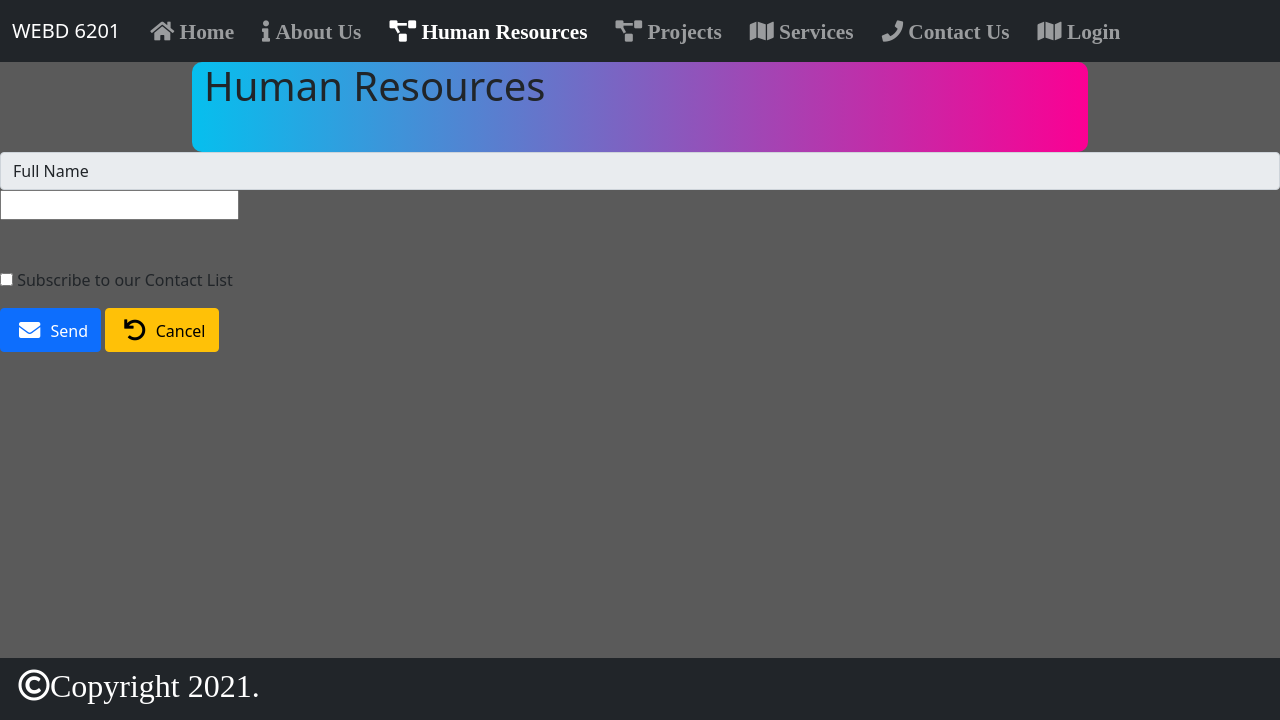
Repository: vans12345678/WEBD6201-W2021-Lab2
Page: human-resources.html
The author's editor kept a copy of each file at every save. The page is drawn from the files as they stood at one save, then again after the next save.
The browser window is 1280 px wide. The pictures show the whole page.

Above is the page before, as saved 2021-03-06 18:48:03.

After the next save:
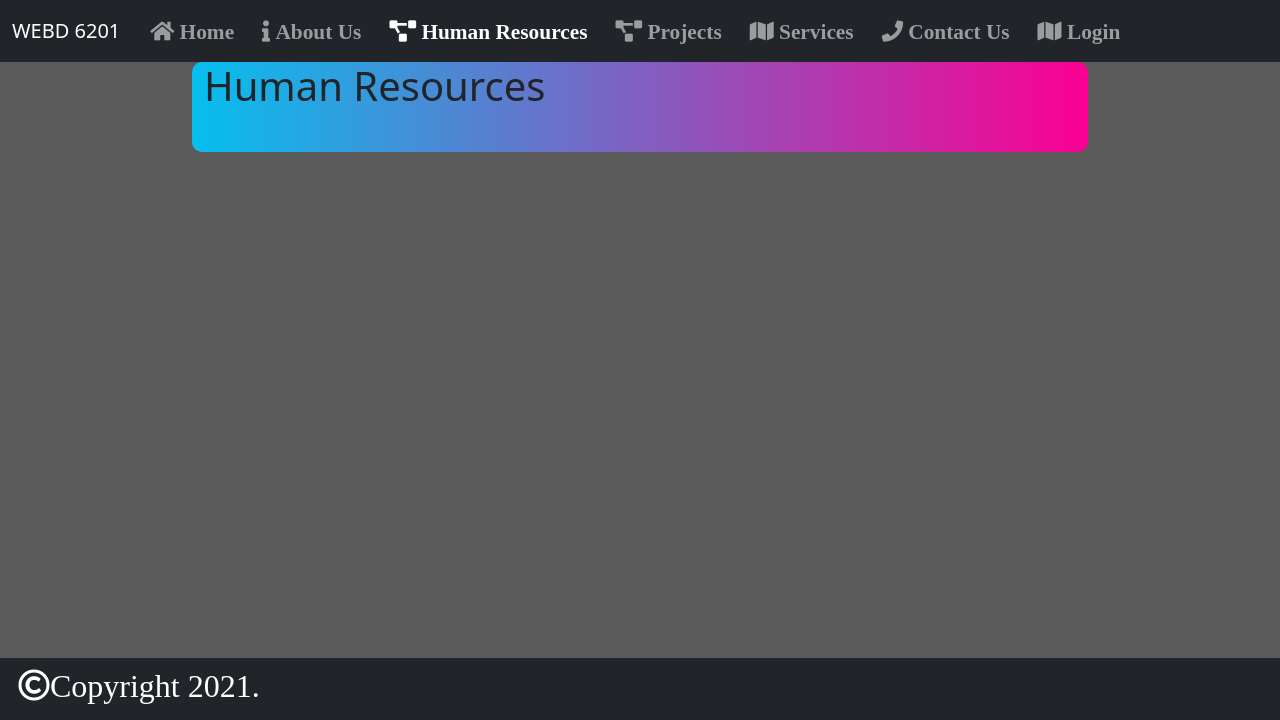
Saved 2 min 34 s later.
--- a/human-resources.html
+++ b/human-resources.html
@@ -52,25 +52,7 @@ Date: 02/05/2021
   <!-- Main Contents -->
     <main>
         <h1 class = "container">Human Resources</h1>
-        <form >
 
-
-            <span class="input-group-text" id="inputGroup-sizing-default">Full Name </span>
-            <input id="fullName" type="text"
-             required>
-
-
-
-
-        <div class = " mt-5 mb-3">
-          <!-- <span class="input-group-text" id="inputGroup-sizing-default">Subscribe</span> -->
-          <input id="subscribeCheckBox" name="subscribeCheckBox"class="" type="checkbox" value="">
-          <label class="form-check-label" for="flexCheckChecked"> Subscribe to our Contact List</label>
-        </div>
-
-          <button id="sendButton" type="submit" class="btn btn-primary"><i class="fas fa-envelope fa-lg"></i> Send</button>
-          <button id="cancelButton" type="reset" class="btn btn-warning"><i class="fas fa-undo fa-lg"></i> Cancel</button>
-        </form>
     </main>
     <!-- Main Footer -->
     <footer>
